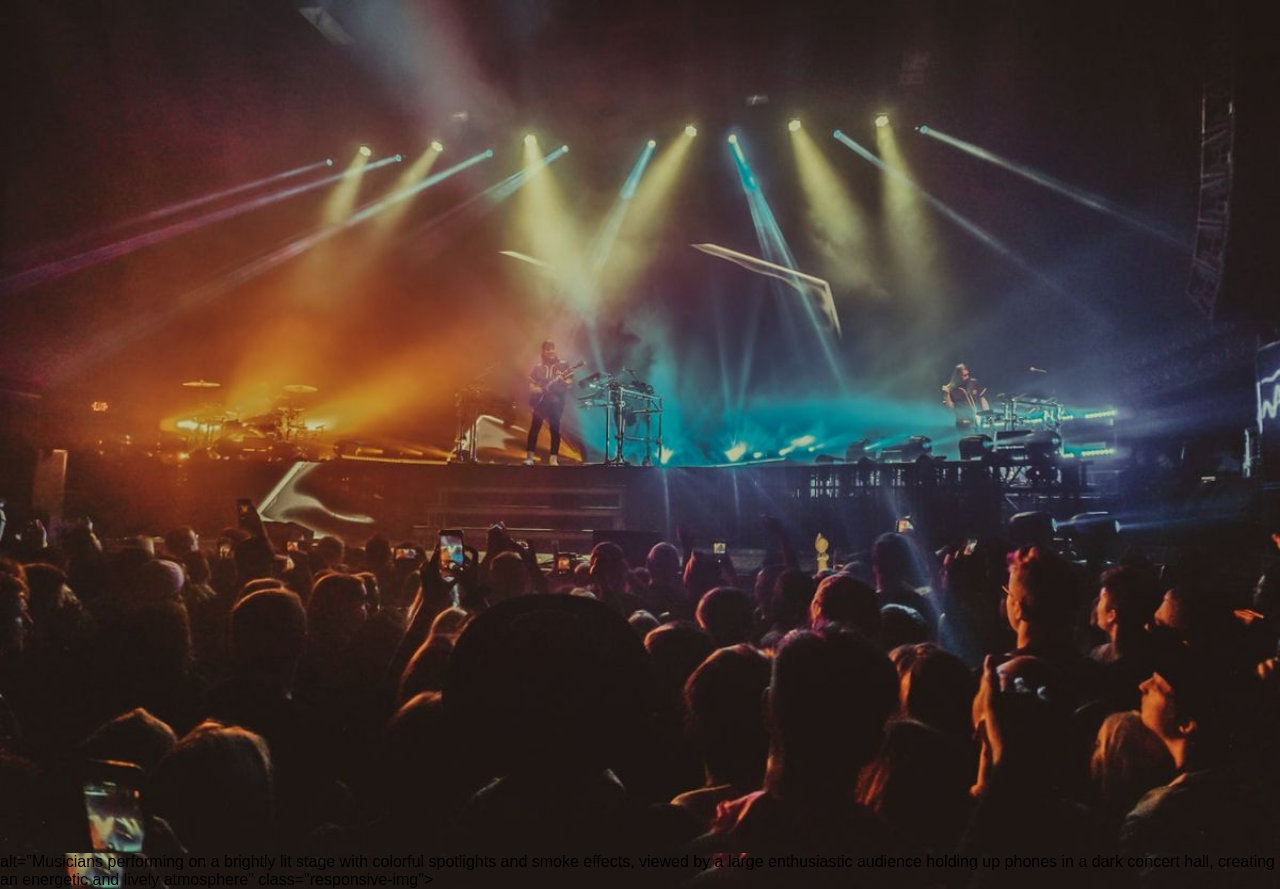
Repository: Hajimohammadi-KI/Web-Technologien
Page: index.html
The author's editor kept a copy of each file at every save. The page is drawn from the files as they stood at one save, then again after the next save.
The browser window is 1280 px wide. The pictures show the whole page.

Above is the page before, as saved 2025-09-30 12:52:24.

### index.html
<!DOCTYPE html>
<html lang="en">
<head>
    <meta charset="UTF-8">
    <meta name="viewport" content="width=device-width, initial-scale=1.0">
    <link rel="stylesheet" href="Style.css">
    <title>Document</title>
</head>
<body>

    <img src="img/spotify-livestreaming-virtual-concerts-feat.jpeg"
    alt=Musicians performing on a brightly lit stage with colorful spotlights and smoke effects while a large enthusiastic audience watches and records the event with their phones in a dark concert hall filled with energy and excitement class="responsive-img">
    alt="Musicians performing on a brightly lit stage with colorful spotlights and smoke effects, viewed by a large enthusiastic audience holding up phones in a dark concert hall, creating an energetic and lively atmosphere" class="responsive-img">
</body>
</html>

### Style.css
/*
    Styles for responsive images.
    The .responsive-img class is intended to make images scale appropriately
    to fit their container while maintaining aspect ratio.
    Apply this class to <img> elements to ensure they are responsive
    across different screen sizes and devices.
*/
img.responsive-img {
  width: 100%; /* [translate:عرض تصویر همیشه برابر با عرض عنصر والد خواهد بود] */
  height: auto; /* [translate:نسبت ابعاد تصویر حفظ می‌شود] */
  max-width: 100vw; /* [translate:تصویر هیچ‌گاه از عرض پنجره مرورگر بزرگ‌تر نمی‌شود] */
  display: block; /* [translate:فضای اضافی پایین عکس حذف می‌شود] */
}

@media (max-width: 600px) {
  img.responsive-img {
    max-width: 100%; /* [translate:در صفحات کوچک، حداکثر عرض تصویر برابر با عنصر والد می‌شود] */
  }
}

 body {
  font-family: Arial, sans-serif; /* [translate:تنظیم فونت پیش‌فرض برای کل صفحه] */
  margin: 0; /* [translate:حذف حاشیه پیش‌فرض مرورگر] */
  padding: 0; /* [translate:حذف فاصله داخلی پیش‌فرض مرورگر] */
  box-sizing: border-box; /* [translate:شامل کردن حاشیه و پدینگ در محاسبه عرض و ارتفاع عناصر] */
  background: url("img/spotify-livestreaming-virtual-concerts-feat.jpeg");
  background-position: center; /* [translate:تنظیم موقعیت پس‌زمینه در مرکز] */
  background-repeat: no-repeat; /* [translate:عدم تکرار تصویر پس‌زمینه] */
  background-size: cover; /* [translate:پوشش کامل پس‌زمینه] */
}

After the next save:
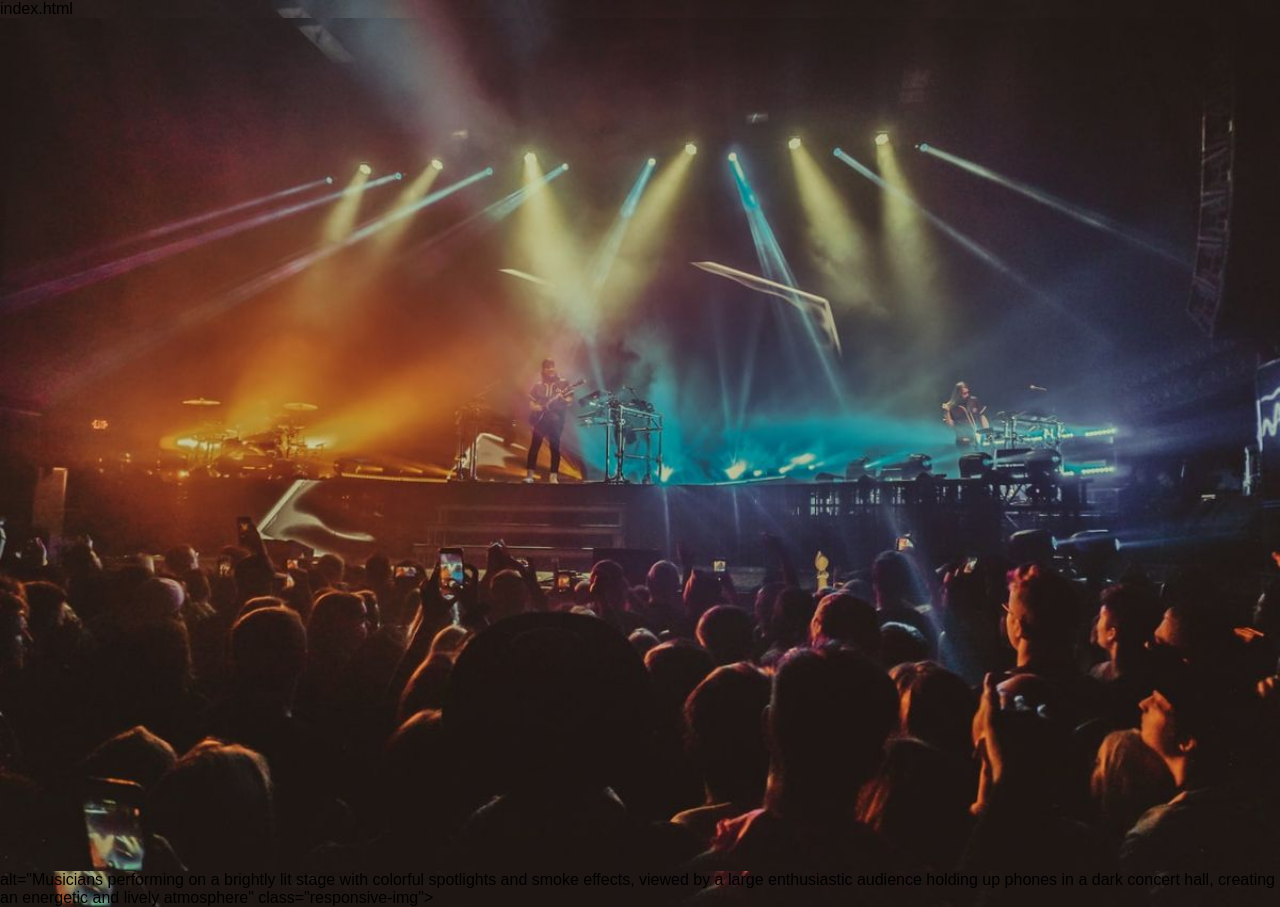
Saved 23 s later.
--- a/index.html
+++ b/index.html
@@ -7,7 +7,7 @@
     <title>Document</title>
 </head>
 <body>
-
+    index.html
     <img src="img/spotify-livestreaming-virtual-concerts-feat.jpeg"
     alt=Musicians performing on a brightly lit stage with colorful spotlights and smoke effects while a large enthusiastic audience watches and records the event with their phones in a dark concert hall filled with energy and excitement class="responsive-img">
     alt="Musicians performing on a brightly lit stage with colorful spotlights and smoke effects, viewed by a large enthusiastic audience holding up phones in a dark concert hall, creating an energetic and lively atmosphere" class="responsive-img">

After the 4 saves that followed:
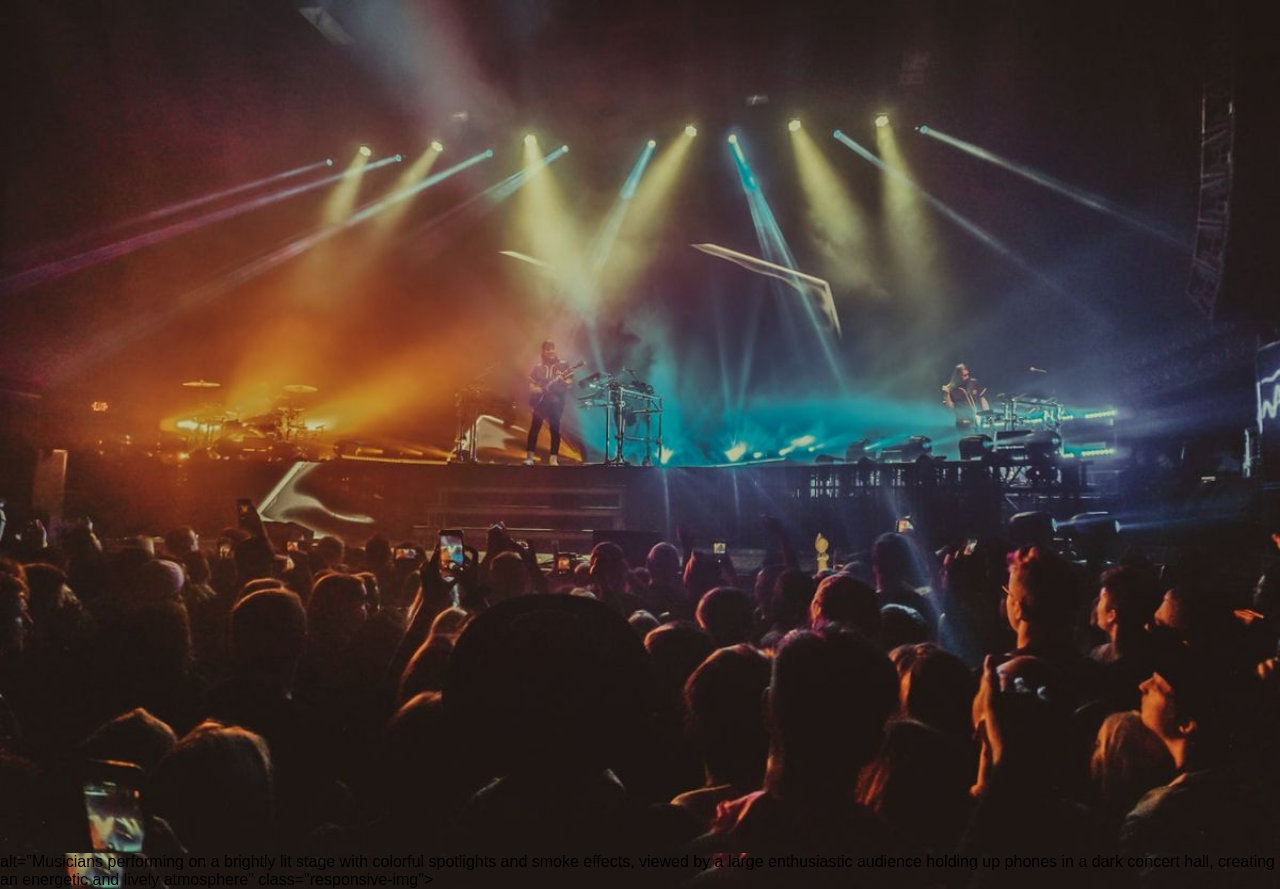
The 4 saves are shown as one change because they came seconds apart.
The last was saved 9 s later.
--- a/index.html
+++ b/index.html
@@ -7,7 +7,7 @@
     <title>Document</title>
 </head>
 <body>
-    index.html
+
     <img src="img/spotify-livestreaming-virtual-concerts-feat.jpeg"
     alt=Musicians performing on a brightly lit stage with colorful spotlights and smoke effects while a large enthusiastic audience watches and records the event with their phones in a dark concert hall filled with energy and excitement class="responsive-img">
     alt="Musicians performing on a brightly lit stage with colorful spotlights and smoke effects, viewed by a large enthusiastic audience holding up phones in a dark concert hall, creating an energetic and lively atmosphere" class="responsive-img">
